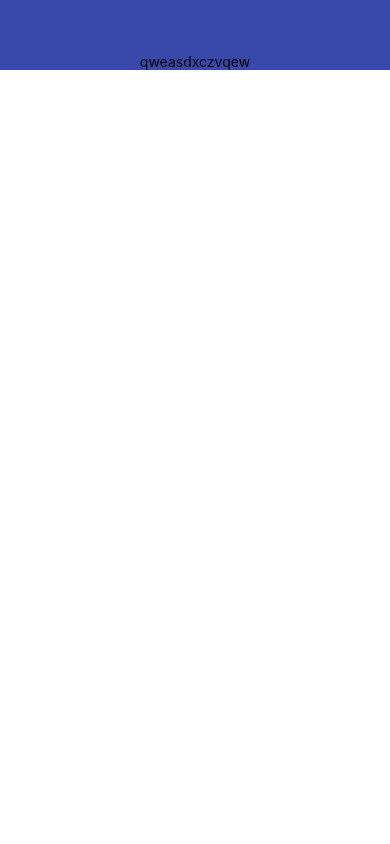
Repository: saint-fons/React-Native-Expo-TypeScript-Hooks
Screen: /
These files come from the project's save history. The screen is drawn as it stood at one moment and after the next save; the edit follows.
The app was drawn by React Native's web renderer in a window 390 px wide. The project was rebuilt for these pictures with package versions that can differ from the ones it lists, and the page was loaded fresh each time.

Above is the screen before, as saved 2021-07-26 16:01:36.

### App.tsx
import { StatusBar } from 'expo-status-bar';
import React from 'react';
import { StyleSheet, Text, View } from 'react-native';
import NewSampleFile from './components/NewSampleFile';

export default function App() {
  return (
    <View style={styles.container}>
      <NewSampleFile />
    </View>
  );
}

const styles = StyleSheet.create({
  container: {

  },
});

### components/NewSampleFile.tsx
import * as React from 'react';
import { FC } from "react"
import { StyleSheet, Text, View } from 'react-native';



const NewSampleFile: FC<any> = ({ }) => {
    return (
        <View style={styles.navbar}>
            <Text style={styles.text}>
                qweasdxczvqew
            </Text>
        </View>
    )
}

const styles = StyleSheet.create({
    navbar: {
        height: 70,
        alignItems: 'center',
        justifyContent: "flex-end",
        color: '#000',
        backgroundColor: '#3949ab'
    },
    text: {}
});


export default NewSampleFile

After the next save:
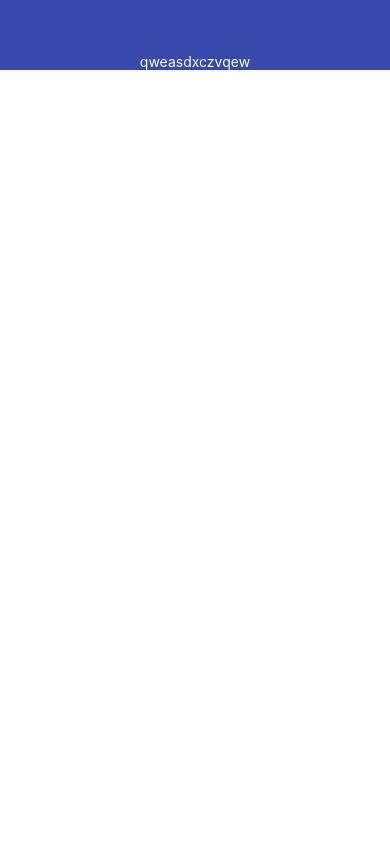
Saved 29 s later.
--- a/components/NewSampleFile.tsx
+++ b/components/NewSampleFile.tsx
@@ -22,7 +22,9 @@ const styles = StyleSheet.create({
         color: '#000',
         backgroundColor: '#3949ab'
     },
-    text: {}
+    text: {
+        color: 'white'
+    }
 });
 
 
